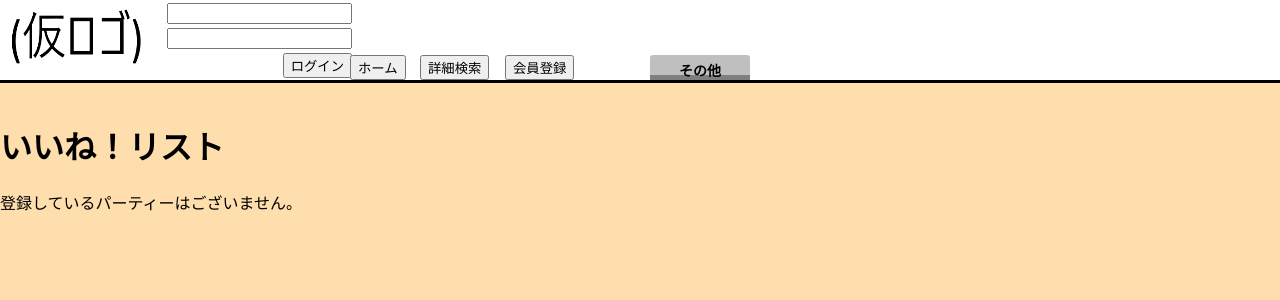
Repository: k0816/backup-master
Page: http://localhost/cycle/nicePartyList.jsp
An editor plug-in stored every save of this project. The page is shown before and after the next save, followed by the edit.
The browser window is 1280 px wide. The pictures show the whole page.
The page is served by Tomcat 9. Other server files are loaded and not shown.

Above is the page before, as saved 2018-01-24 02:57:00.

### cycle/WebContent/nicePartyList.jsp
<%@ page language="java" contentType="text/html; charset=UTF-8"
	pageEncoding="UTF-8"%>
<%@ taglib prefix="s" uri="/struts-tags"%>

<!DOCTYPE html PUBLIC "-//W3C//DTD HTML 4.01 Transitional//EN" "http://www.w3.org/TR/html4/loose.dtd">
<html>
<head>
<meta http-equiv="Content-Type" content="text/html; charset=UTF-8">



<title>履歴</title>
<style type="text/css">
.list {
	border: 4px solid #82636b;
	border-radius: 240px 15px 185px 15px/15px 200px 15px 185px;
	margin: 1em 0;
	padding: 1em;
}
</style>

</head>
<body>
	<jsp:include page="/include.jsp" flush="true" />

	<s:if test="message!=null">
		<h1><s:property value="message"/></h1>
	</s:if>
	<s:if test="errorMessage!=null">
		<h1><s:property value="errorMessage"/></h1>
	</s:if>

	<h1>いいね！リスト</h1>

	<s:if test="nicePartyListListDTO==null">
	登録しているパーティーはございません。
	</s:if>
	<s:iterator value="nicePartyListListDTO">
		<div class=list>
			<div>
				商品ID：
				<s:property value="partyId" />
			</div>
			<div>
				商品名：
				<s:property value="partyName" />
			</div>
			<div>
				開催日：
				<s:date name="partyDate" format="yyyy年MM月dd日" />
			</div>
			<div>
				開催地：
				<s:property value="partyPlace" />
			</div>
			<div>
				値段：
				<s:property value="partyPrice" />
				円
			</div>
			<div>
				追加日：
				<s:date name="insertDate" format="yyyy年MM月dd日" />
			</div>
			<a href='<s:url action="PartyDetailAction"><s:param name="partyId" value="%{partyId}"/></s:url>'>
            <input type="submit" value="詳しく見る" /></a>
			<br>
			<a href='<s:url action="NicePartyDeleteAction"><s:param name="partyId" value="%{partyId}"/></s:url>'>
            <input type="submit" value="削除する" /></a>
		</div>
	</s:iterator>

</body>
</html>

### cycle/WebContent/include.jsp
<%@ page language="java" contentType="text/html; charset=UTF-8"
	pageEncoding="UTF-8"%>
<%@ taglib prefix="s" uri="/struts-tags"%>
<!DOCTYPE html PUBLIC "-//W3C//DTD HTML 4.01 Transitional//EN" "http://www.w3.org/TR/html4/loose.dtd">
<html>
<head>
<meta http-equiv="Content-Type" content="text/html; charset=utf-8" />
<meta http-equiv="Content-Style-Type" content="text/css" />
<meta http-equiv="Content-Script-Type" content="text/javascript" />
<meta http-equiv="imagetoolbar" content="no" />
<meta name="description" content="" />
<meta name="keywords" content="" />
<title>JSP共通設定</title>
<style type="text/css">

#header {
	width: 100%;
	height: 80px;
	background-color: white;
	border-bottom: 3px solid black;
	/* position: fixed; */
}

#welcome {
	position: absolute;
	left: 160px;
	top: 0px;
}

.botan {
	position: absolute;
	top: 55px;
}

#home {
	position: absolute;
	left: 350px;
}

#search {
	position: absolute;
	left: 420px;
}

#createORmypage {
	position: absolute;
	left: 505px;
}

#other {
	position: absolute;
	left: 650px;
}

body {
	/* background: url("./image/wood.jpg"); */
	background: #FFDEAD;
	margin: 0;
	padding: 0;
}
/* ドロップダウンメニューについて */
#dropmenu {
	list-style-type: none;
	width: 100px;
	height: 20px;
	margin: 0px auto 0px;
	padding: 0;
	background: #bfbfbf;
	border-bottom: 5px solid #7f7f7f;
	border-radius: 3px 3px 0 0;;
}

#dropmenu li {
	position: relative;
	width: 100%;
	float: left;
	margin: 0;
	padding: 0;
	text-align: center;
}

#dropmenu li a {
	display: block;
	margin: 0;
	padding: 10px;
	color: black;
	font-size: 14px;
	font-weight: bold;
	line-height: 1;
	text-decoration: none;
}

#dropmenu li:hover>a {
	background: #bfbfbf;;
	color: #eff7b1;
}

#dropmenu>li:hover>a {
	border-radius: 3px 3px 0 0;
}

#dropmenu li ul {
	list-style: none;
	position: absolute;
	top: 100%;
	left: 0;
	margin: 0;
	padding: 0;
	border-radius: 0 0 3px 3px;
}

#dropmenu li ul li {
	overflow: hidden;
	width: 100%;
	height: 0;
	color: #fff;
	-moz-transition: .2s;
	-webkit-transition: .2s;
	-o-transition: .2s;
	-ms-transition: .2s;
	transition: .2s;
}

#dropmenu li ul li a {
	padding: 13px 13px;
	background: #bfbfbf;
	text-align: center;
	font-size: 12px;
	font-weight: normal;
}

#dropmenu li:hover ul li {
	overflow: visible;
	height: 38px;
	border-top: 1px solid #bfbfbf;
	border-bottom: 1px solid #616d0b;
}

#dropmenu li:hover ul li:first-child {
	border-top: 0;
}

#dropmenu li:hover ul li:last-child {
	border-bottom: 0;
}

#dropmenu li:hover ul li:last-child a {
	border-radius: 0 0 3px 3px;
}
</style>
</head>
<body>
	<div id="header">
          <a href="GoHomeAction"><img src="image\logotest.jpg" width="150" height="80"></a>

		<div id="welcome">  <!-- ログイン情報入力フォーム-->
			<s:if test="#session.loginUser != null">
ようこそ！<s:property value="#session.loginUser.getUserName()" escape="false" />様！
            </s:if>
            <s:else>
            <s:form id="form" name="form" action="LoginAction">
				<div id="address"><s:textfield name="loginAddress"/></div>
				<div id="password"><s:password name="loginPassword"/></div>
				<s:hidden name="userName" value='<s:property value="userName"/>'/>
				<s:hidden name="userId" value='<s:propety value="userId"/>'/>
				<div id="login"><s:submit value="ログイン"/></div>
			</s:form>
            </s:else>
            </div>

	<div class="botan">
			<div id="home">
				<form action="GoHomeAction">
					<input type="submit" value="ホーム" />
				</form>
			</div>
			<div id="search">
				<form action="PartySearchAction">
					<input type="submit" value="詳細検索" />
				</form>
			</div>
			<div id=createORmypage>
			<s:hidden name="loginAddress" value="%{loginAddress}"/>
			<s:hidden name="loginPassword" value="%{loginPassword}"/>
			<s:hidden name="userId" value="%{userId}"/>
			<s:hidden name="userName" value="%{userName}"/>
			<s:if test="#session.loginUser !=null">
				<ul id="dropmenu">
					<li><a href="#">マイページ</a>
						<ul>
							<li><a href="NicePartyListAction">いいね！</a></li>
							<li><a href="PartyJoinHistoryAction">参加履歴</a></li>
							<li><a href="UserInfoAction">登録情報確認</a></li>
							<li><a href="PartySearchNEWAction">商品検索</a></li>

						</ul>
					</li>
				</ul>
			</s:if>
			<s:else>
				<form action="UserCreateAction">
					<input type="submit" value="会員登録" />
				</form>
			</s:else>
			</div>

		<!-- ドロップダウンメニュー -->
		<div id="other">
		<ul id="dropmenu">
			<li><a href="#">その他</a>
				<ul>
					<li><a href="ToNewUserAction">お知らせ</a></li>
					<li><a href="ToNewUserAction">初めての方へ</a></li>
					<li><a href="#">会社概要</a></li>
					<li><a href="#">お問い合わせ</a></li>
					<li><s:if test="#session.loginUser !=null">
							<a href="LogoutAction">ログアウト</a>
						</s:if></li>
				</ul>
			</li>
		</ul>
		</div>
	</div>
	</div>
	<br>
</body>
</html>

After the next save:
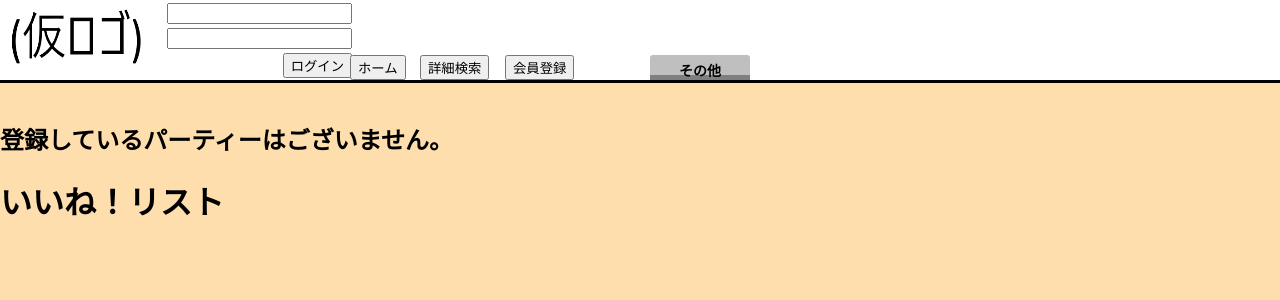
Saved 36 s later.
--- a/cycle/WebContent/nicePartyList.jsp
+++ b/cycle/WebContent/nicePartyList.jsp
@@ -30,11 +30,13 @@
 		<h1><s:property value="errorMessage"/></h1>
 	</s:if>
 
+	<s:if test="nicePartyListListDTO==null">
+	<h2>登録しているパーティーはございません。</h2>
+	</s:if>
+
 	<h1>いいね！リスト</h1>
 
-	<s:if test="nicePartyListListDTO==null">
-	登録しているパーティーはございません。
-	</s:if>
+
 	<s:iterator value="nicePartyListListDTO">
 		<div class=list>
 			<div>
